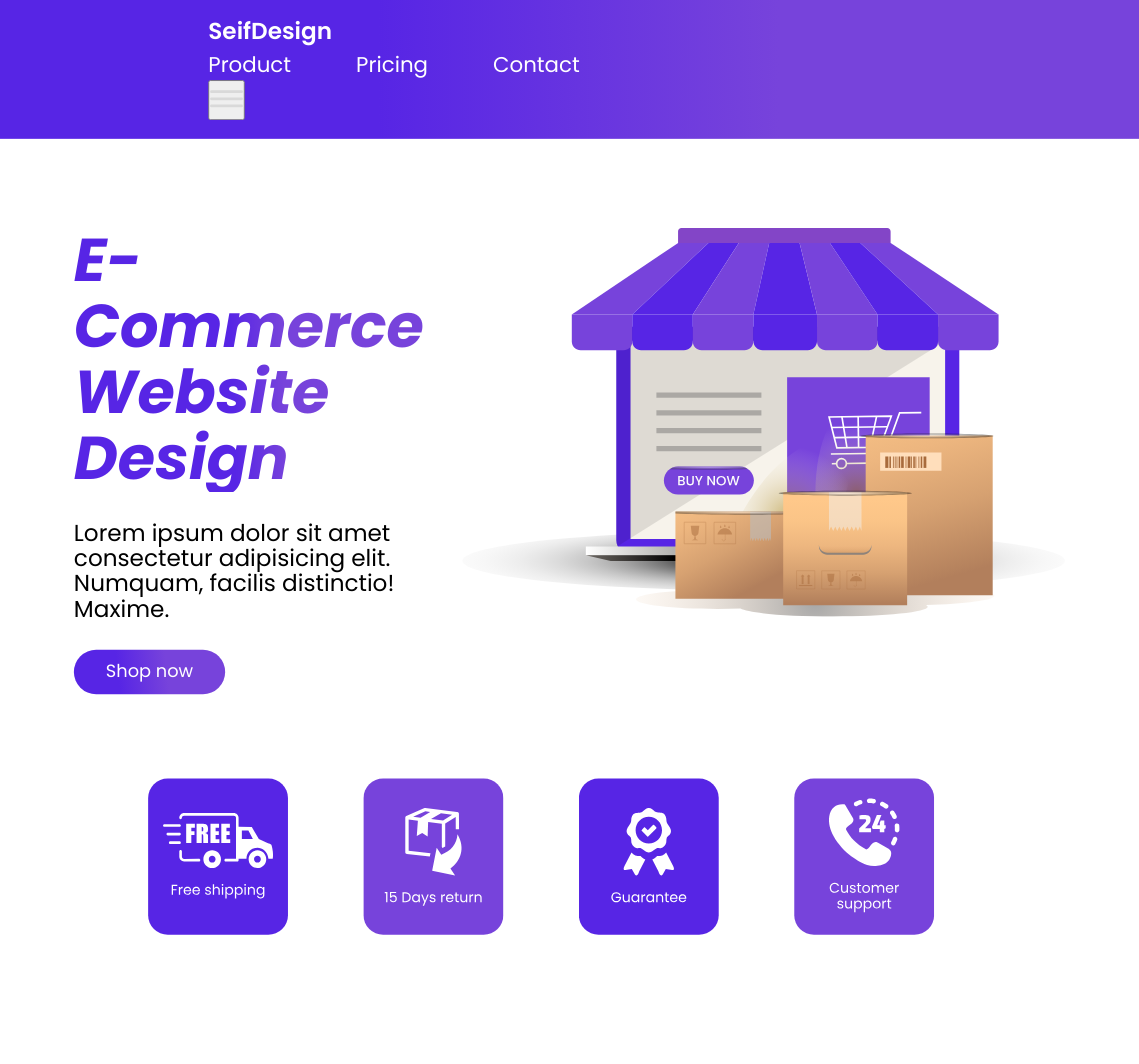
Repository: NatiqSamiyev/commers-desing-JS
Page: index.html
The author's editor kept a copy of each file at every save. The page is drawn from the files as they stood at one save, then again after the next save.
The browser window is 1280 px wide. The pictures show the whole page, at 89% of full size.
Some web fonts or font styles are not loaded; a fallback is used.

Above is the page before, as saved 2023-11-06 11:57:17.

### index.html
<!DOCTYPE html>
<html lang="en">
  <head>
    <meta charset="UTF-8" />
    <meta name="viewport" content="width=device-width, initial-scale=1.0" />
    <title>Document</title>
    <link rel="stylesheet" href="index.css" />
  </head>
  <body>
    <div class="commerse-design-container">
      <div class="top-container">


        <nav>
          <h1>SeifDesign</h1>
          <ul>
            <li>
              <a href="#">Product</a>
            </li>
            <li>
              <a href="#">Pricing</a>
            </li>
            <li>
              <a href="#">Contact</a>
            </li>
          </ul>
          <button>
            <img src="./image/Frame 1.svg" alt="">
          </button>
        </nav>


      </div>

      <main>
        <div class="image-container">
          <div class="box-1">
            <h2>E-Commerce Website Design</h2>
            <p>
              Lorem ipsum dolor sit amet consectetur adipisicing elit. Numquam,
              facilis distinctio! Maxime.
            </p>
            <button>
              <a href="#">Shop now</a>
            </button>
          </div>

          <div class="box-2">
            <img src="./image/Group.svg" alt="" />
          </div>
        </div>


        <div class="bottom-container">
          <div class="box-1">
            <img src="./image/Frame 12.svg" alt="" />
            <img src="./image/Frame 11.svg" alt="" />
          </div>
         <div class="box-2">
          <img src="./image/Frame 10.svg" alt="" />
          <img src="./image/Frame 13.svg" alt="" />
         </div>

        </div>
      </main>


  </body>
  <script src="./index.js"></script>
</html>

### index.css
@import url("https://fonts.googleapis.com/css2?family=Epilogue:wght@400;600;700;800;900&family=Inter:wght@400;500;600;700&family=Laila:wght@700&family=Open+Sans:wght@400;600;700;800&family=Poppins:ital,wght@0,400;0,500;0,600;0,700;1,700&family=Roboto+Slab:wght@700&family=Roboto:wght@400;700;900&display=swap");

* {
  margin: 0;
  padding: 0;
  box-sizing: border-box;
}

.commerse-design-container {
  width: 100%;
  padding: 0 0 33px 0;
  min-height: 100vh;
}

.top-container {
  width: 100%;
  padding: 16px 0 21px 34px;

  display: flex;

  align-items: center;
  background: linear-gradient(270deg, #7743db 31.64%, #5725e5 66.78%);
}

.top-container h1 {
  color: #fff;
  font-family: Poppins;
  font-size: 26px;
  font-style: normal;
  font-weight: 600;
  line-height: normal;
}

.top-container nav {
  margin-left: 200px;
}

.top-container nav ul {
  display: flex;
}

.top-container nav ul li {
  margin-right: 73px;
  list-style-type: none;
}

.top-container nav ul li a {
  text-decoration: none;
  color: #fff;
  text-align: center;
  font-family: Poppins;
  font-size: 24px;
  font-style: normal;
  font-weight: 300;
  line-height: normal;
}



main {
  width: 100%;
  padding: 100px 83px;

}
main .image-container{
  margin-bottom: 83px;
  display: flex;
  justify-content: space-between;
}

main .image-container .box-1 {
  /* padding: 3px 34px;
  height: 403px; */
}

.box-1 h2 {
  margin-bottom: 32px;
  font-family: Poppins;
  font-size: 68px;
  font-style: italic;
  font-weight: 700;
  line-height: 109%;
  background: linear-gradient(268deg, #7743db 46.2%, #5725e5 59.09%);
  background-clip: text;
  -webkit-background-clip: text;
  -webkit-text-fill-color: transparent;
}

.box-1 p {
  margin-bottom: 32px;
  color: #000;
  font-family: Poppins;
  font-size: 26px;
  font-style: normal;
  font-weight: 300;
  line-height: 109%;
}

.box-1 button {
  width: 170px;
  height: 50px;
  padding: 0px 24px;
  display: flex;
  justify-content: center;
  align-items: center;
  gap: 10px;
  border-radius: 25px;
  background: linear-gradient(263deg, #7743db 38.81%, #5725e5 70.24%);
  border: none;
}

.box-1 button a {
  text-decoration: none;
  color: #fff;
  font-family: Poppins;
  font-size: 20px;
  font-style: normal;
  font-weight: 400;
  line-height: 109%;
}

.box-2 img {
  width: 677.61px;
  height: 437.417px;
}

.bottom-container {
  display: flex;
  justify-content: center;
}

.bottom-container img {
  margin-right: 64px;
  width: 178px;
  height: 199px;
  padding: 10px;
  border-radius: 25px;
}
.bottom-container .box-1{
  display: flex;
}

.bottom-container .box-2{
  display: flex;
}
/* mobile design */

@media screen and (max-width: 768px) {
  .commerse-design-container {
    background-color: #ececec;
  }

  .top-container {
    /* padding: 17.5px 20px/; */
    justify-content: space-between;
  }

  .top-container h1 {
    font-size: 18px;
  }

  .top-container nav {
    display: none;
  }



  main {
    padding: 60px 20px;
    margin-bottom: 0;

  }

  .image-container  .box-2 {
    margin-bottom: 29px;
    display: flex;
    justify-content: center;
    align-items: center;
  }
 .image-container {
  flex-direction: column-reverse;
 }
 .image-container   .box-2 img {
    width: 352px;
    height: 256.511px;
  }

 .image-container .box-1 {
    width: 100%;
    /* padding: 0; */
    /* height: 312px; */
    display: flex;
    justify-content: center;
    flex-direction: column;
    align-items: center;
  }

 .image-container .box-1 h2 {
    width: 390px;
    text-align: center;
    font-size: 40px;
  }

  .box-1 p {

    text-align: center;
    font-size: 20px;
  }

  .bottom-container {
    margin-top: 46px;
    display: flex;
    flex-direction: column;
  }
  .bottom-container  .box-2{
    flex-direction: row-reverse;
    justify-content: center;
  }
  .bottom-container  .box-1{

    justify-content: center;
  }
  .bottom-container img {
    width: 160px;
    height: 180px;
    margin-right: 20px;
  }

  .box-1 button {
    margin-bottom: 0;
  }
}

Loaded but not shown: index.js (no stored copy; drawn as an empty file)

After the next save:
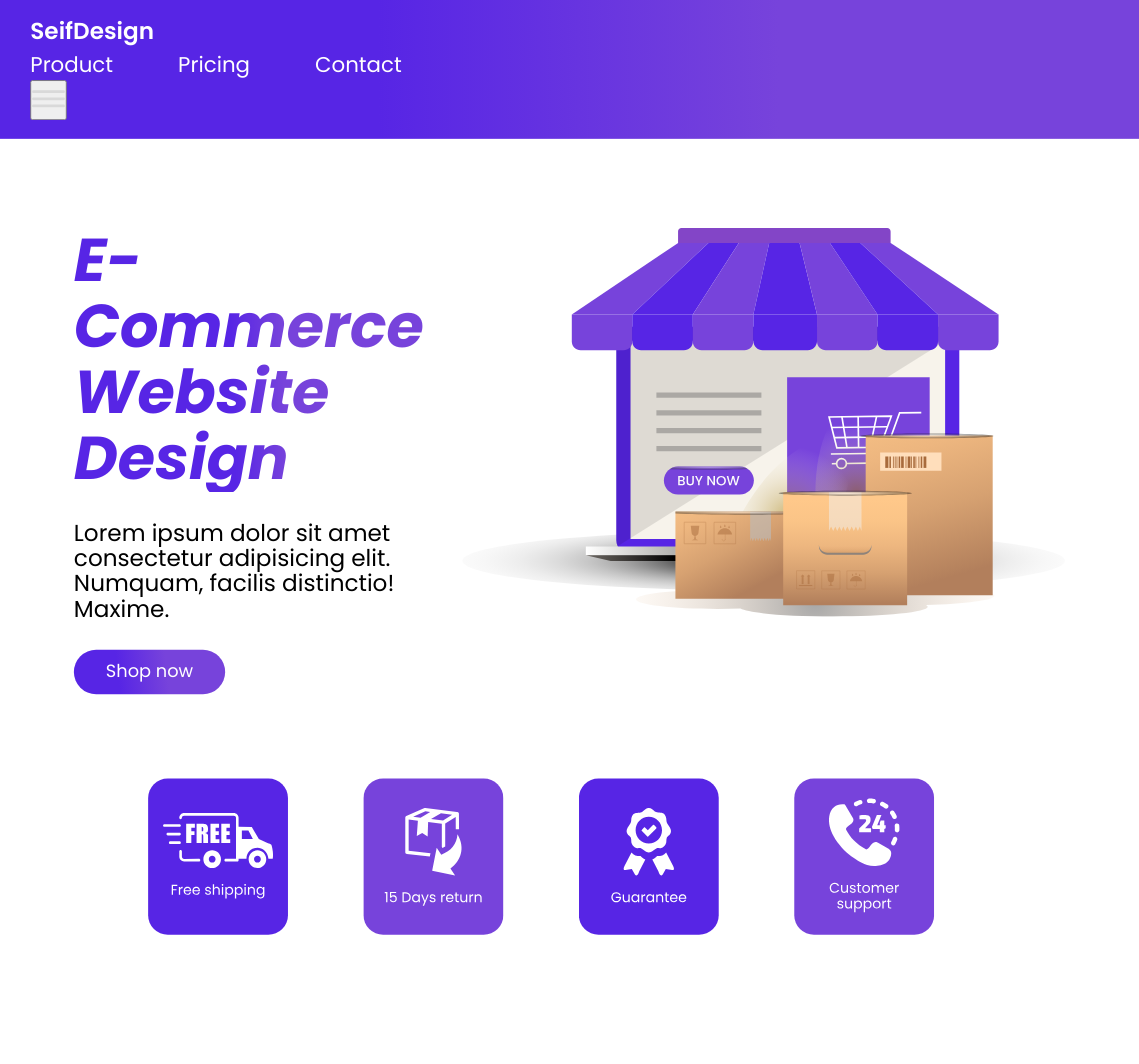
Saved 6 s later.
--- a/index.css
+++ b/index.css
@@ -32,7 +32,7 @@
 }
 
 .top-container nav {
-  margin-left: 200px;
+
 }
 
 .top-container nav ul {
